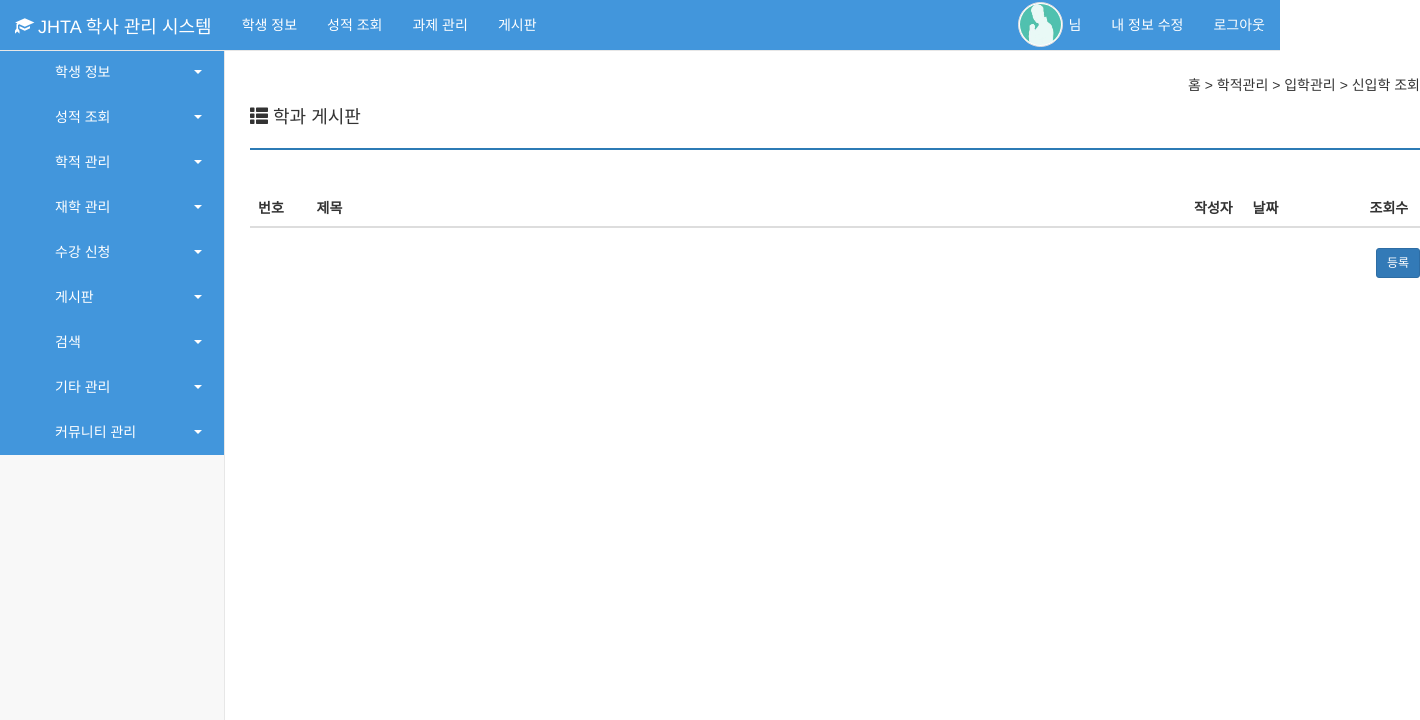
Repository: 92Hjun/spring
Page: http://localhost/spring-final/WEB-INF/views/stuboard/studeptboard.jsp
These files come from the project's save history. The page is drawn as it stood at one moment and after the next save; the edit follows.
The browser window is 1280 px wide. The page is 1420 px wide, so the pictures cover 1420 px, including what lies to the right of the window. The pictures show the whole page.
Some web libraries are served in a nearby version. The page is served by Tomcat 9. Nobody is signed in. Other server files are loaded and not shown. The template is opened directly, without the code that normally fills it, so the values that code supplies are empty.

Above is the page before, as saved 2017-04-24 07:32:04.

### spring-final/src/main/webapp/WEB-INF/views/stuboard/studeptboard.jsp
<%@ page language="java" contentType="text/html; charset=UTF-8"
    pageEncoding="UTF-8"%>
<%@taglib prefix="c" uri="http://java.sun.com/jsp/jstl/core"%>
<%@taglib prefix="fmt" uri="http://java.sun.com/jsp/jstl/fmt" %>
<!DOCTYPE html>
<html lang="ko">
<head>
<meta charset="UTF-8">
<meta name="viewport" content="width=device-width, initial-scale=1">
<link rel="stylesheet" href="https://maxcdn.bootstrapcdn.com/bootstrap/3.3.7/css/bootstrap.min.css">
<script src="https://ajax.googleapis.com/ajax/libs/jquery/3.1.1/jquery.min.js"></script>
<script src="https://maxcdn.bootstrapcdn.com/bootstrap/3.3.7/js/bootstrap.min.js"></script>
<title></title>
</head>
<body>
<%@ include file="/WEB-INF/views/navi/stunavi.jsp" %>
<%@ include file="/WEB-INF/views/navi/sidebarstud.jsp" %>
	<div class="container" style="margin-left: 250px; padding-top:25px;">
		<div class="row text-right">
			홈 > 학적관리 > 입학관리 > 신입학 조회
		</div>
		<div class="row">
			<h4><span class="glyphicon glyphicon-th-list"></span> 학과 게시판</h4>
			<hr style="border:solid 0.5px #2C7BB5;">
		</div>
		<div style="margin-top: 20px;"></div>
		<div class="row">
			<table class="table">
			<colgroup>
				<col width="5%">
				<col width="*%">
				<col width="5%">
				<col width="10%">
				<col width="5%">
			</colgroup>
				<thead>
					<tr>
						<th>번호</th>
						<th>제목</th>
						<th>작성자</th>
						<th>날짜</th>
						<th>조회수</th>
					</tr>
				</thead>
				<tbody>
					<c:forEach var="board" items="${boardList }">
					<tr>
						<td>${board.no }</td>
						<td><a href="deptboarddetail?bno=${board.no }">${board.title }</a></td>
						<td>${board.writer }</td>
						<td> <fmt:formatDate value="${board.regdate }"/> </td>
						<td>${board.countView }</td>
					</tr>
					</c:forEach>
				</tbody>
			</table>
			<div class="text-right">
				<a href="adddeptboard" class="btn btn-primary btn-sm">등록</a>
			</div>
		</div>
	</div>
<%@ include file="/WEB-INF/views/footer/footer.jsp" %>
</body>
</html>

### spring-final/src/main/webapp/WEB-INF/views/navi/stunavi.jsp
<%@ page language="java" contentType="text/html; charset=UTF-8" pageEncoding="UTF-8"%>
<link rel="stylesheet" href="https://maxcdn.bootstrapcdn.com/bootstrap/3.3.7/css/bootstrap.min.css">
<script src="https://maxcdn.bootstrapcdn.com/bootstrap/3.3.7/js/bootstrap.min.js"></script>
 <style type="text/css">

@import url('//maxcdn.bootstrapcdn.com/font-awesome/4.4.0/css/font-awesome.min.css');

.navbar-default .navbar-nav #user-profile {
    height: 50px;
    padding-top: 15px;
    padding-left: 58px;
}

.navbar-default .navbar-nav #user-profile img {
    height: 45px;
    width: 45px;
    position: absolute;
    top: 2px;
    left: 8px;
    padding: 1px;
}

#wrapper {
    padding-top: 50px;
    padding-left: 0;
    -webkit-transition: all .5s ease;
    -moz-transition: all .5s ease;
    -o-transition: all .5s ease;
    transition: all .5s ease;
}

@media (min-width: 992px) {
    #wrapper {
        padding-left: 225px;
    }
}

@media (min-width: 992px) {
    #wrapper #sidebar-wrapper {
        width: 225px;
    }
}

#sidebar-wrapper {
    border-right: 1px solid #e7e7e7;
}

#sidebar-wrapper {
    z-index: 1000;
    position: fixed;
    left: 225px;
    width: 0;
    height: 100%;
    margin-left: -225px;
    overflow-y: auto;
    background: #f8f8f8;
    -webkit-transition: all .5s ease;
    -moz-transition: all .5s ease;
    -o-transition: all .5s ease;
    transition: all .5s ease;
}

#sidebar-wrapper .sidebar-nav {
    position: absolute;
    top: 0;
    width: 225px;
    font-size: 14px;
    margin: 0;
    padding: 0;
    list-style: none;
}

#sidebar-wrapper .sidebar-nav li {
    text-indent: 0;
    line-height: 45px;
}

#sidebar-wrapper .sidebar-nav li a {
    display: block;
    text-decoration: none;
    color: #fff;
}

#sidebar-wrapper .sidebar-nav li a .sidebar-icon {
    width: 45px;
    height: 45px;
    font-size: 14px;
    padding: 0 2px;
    display: inline-block;
    text-indent: 7px;
    margin-right: 10px;
    color: #000;
    float: left;
}

#sidebar-wrapper .sidebar-nav li a .caret {
  position: absolute;
  right: 23px;
  top: auto;
  margin-top: 20px;
}

#sidebar-wrapper .sidebar-nav li ul.panel-collapse {
    list-style: none;
    -moz-padding-start: 0;
    -webkit-padding-start: 0;
    -khtml-padding-start: 0;
    -o-padding-start: 0;
    padding-start: 0;
    padding: 0;
}

#sidebar-wrapper .sidebar-nav li ul.panel-collapse li i {
    margin-right: 10px;
}

#sidebar-wrapper .sidebar-nav li ul.panel-collapse li {
    text-indent: 15px;
}

@media (max-width: 992px) {
    #wrapper #sidebar-wrapper {
        width: 45px;
    }
    #wrapper #sidebar-wrapper #sidebar #sidemenu li ul {
        position: fixed;
        left: 45px;
        margin-top: -45px;
        z-index: 1000;
        width: 200px;
        height: 0;
    }
}

.sidebar-nav li a {
    color: #fff !important;
}
.sidebar-nav li ul li a {
	background-color: #fff !important;
	color: #0077e5 !important;
}
</style>
    <div id="navbar-wrapper">
        <header>
            <nav class="navbar navbar-default navbar-fixed-top" role="navigation" style="background-color: #4296dc;">
                <div class="container-fluid">
                    <div class="navbar-header">
                        <button type="button" class="navbar-toggle" data-toggle="collapse" data-target="#navbar-collapse">
                            <span class="sr-only">Toggle navigation</span>
                            <span class="icon-bar"></span>
                            <span class="icon-bar"></span>
                            <span class="icon-bar"></span>
                        </button>
                        <a class="navbar-brand" href="home" style="color: white;"><span class="glyphicon glyphicon-education"></span> JHTA 학사 관리 시스템</a>
                            <ul class="nav navbar-nav">
						      <li><a href="stuInfo" style="color: white;">학생 정보</a></li>
						      <li><a href="lookupScore" style="color: white;">성적 조회</a></li>
						      <li><a href="stuReport" style="color: white;">과제 관리</a></li>
						      <li><a href="studeptboard" style="color: white;">게시판</a></li>
    						</ul>
                    </div>

                    <div id="navbar-collapse" class="collapse navbar-collapse">
                        <ul class="nav navbar-nav navbar-right">
                        	<li><a id="user-profile" href="stuInfo"style="color: white;"><img src="../resources/images/map/defaultPersonSircle.jpg" class="img-responsive img-thumbnail img-circle"> ${LOGIN_USER.name }님</a></li>
                            <li><a href="stuInfo" style="color: white;">내 정보 수정</a></li>
                            <li><a href="/jhta/logout" style="color: white;">로그아웃</a></li>
                        </ul>
                    </div>
                </div>
            </nav>
        </header>
    </div>

### spring-final/src/main/webapp/WEB-INF/views/navi/sidebarstud.jsp
<%@ page language="java" contentType="text/html; charset=UTF-8"
    pageEncoding="UTF-8"%>
<script type="text/javascript">
</script>
	<div id="wrapper">
        <div id="sidebar-wrapper">
            <aside id="sidebar">
                <ul id="sidemenu" class="sidebar-nav" style="background-color: #4296dc;">
                    <li>
                        <a class="accordion-toggle collapsed toggle-switch" data-toggle="collapse" data-target="#submenu-2">
                            <span class="sidebar-icon"></span><span class="sidebar-title">학생 정보</span>
                            <b class="caret"></b>
                        </a>
                        <ul id="submenu-2" class="panel-collapse collapse panel-switch" role="menu">
                            <li><a href="stuInfo"><i class="fa fa-caret-right"></i>정보 조회</a></li>
                            <li><a href="stuPwdCheck"><i class="fa fa-caret-right"></i>비밀번호 변경</a></li>
                        </ul>
                    </li>
                    <li>
                        <a class="accordion-toggle collapsed toggle-switch" data-toggle="collapse" href="#submenu-3">
                            <span class="sidebar-icon"></span><span class="sidebar-title">성적 조회</span>
                            <b class="caret"></b>
                        </a>
                        <ul id="submenu-3" class="panel-collapse collapse panel-switch" role="menu">
                            <li><a href="lookupScore"><i class="fa fa-caret-right"></i>현학기 성적 조회</a></li>
                            <li><a href="lookupAllScore"><i class="fa fa-caret-right"></i>전체학기 성적 조회</a></li>
                        </ul>
                    </li>
                    <li>
                        <a class="accordion-toggle collapsed toggle-switch" data-toggle="collapse" href="#submenu-4">
                            <span class="sidebar-icon"></span><span class="sidebar-title">학적 관리</span>
                            <b class="caret"></b>
                        </a>
                        <ul id="submenu-4" class="panel-collapse collapse panel-switch" role="menu">
                            <li><a href="leave"><i class="fa fa-caret-right"></i>휴학 신청</a></li>
                            <li><a href="reinstate"><i class="fa fa-caret-right"></i>복학 신청</a></li>
                            <li><a href="dropoff"><i class="fa fa-caret-right"></i>자퇴 신청</a></li>
                        </ul>
                    </li>
                    <li>
                        <a class="accordion-toggle collapsed toggle-switch" data-toggle="collapse" href="#submenu-5">
                            <span class="sidebar-icon"></span><span class="sidebar-title">재학 관리</span>                            <b class="caret"></b>
                        </a>
                        <ul id="submenu-5" class="panel-collapse collapse panel-switch" role="menu">
                            <li><a href="stuReport"><i class="fa fa-caret-right"></i>과제 관리</a></li>
                            <li><a href="stuAttendance"><i class="fa fa-caret-right"></i>출결 관리</a></li>
                            <li><a href="studenttime"><i class="fa fa-caret-right"></i>시간표</a></li>
                        </ul>
                    </li>
                    <li>
                        <a class="accordion-toggle collapsed toggle-switch" data-toggle="collapse" href="#submenu-6">
                            <span class="sidebar-icon"></span><span class="sidebar-title">수강 신청</span>
                            <b class="caret"></b>
                        </a>
                        <ul id="submenu-6" class="panel-collapse collapse panel-switch" role="menu">
                            <li><a href="enrollMain"><i class="fa fa-caret-right"></i>수강 신청</a></li>
                            <li><a href="nowEnrollList"><i class="fa fa-caret-right"></i>수강 목록</a></li>
                        </ul>
                    </li>
                    <li>
                        <a class="accordion-toggle collapsed toggle-switch" data-toggle="collapse" href="#submenu-7">
                            <span class="sidebar-icon"></span><span class="sidebar-title">게시판</span>
                            <b class="caret"></b>
                        </a>
                        <ul id="submenu-7" class="panel-collapse collapse panel-switch" role="menu">
                            <li><a href="studeptboard"><i class="fa fa-caret-right"></i>학과 게시판</a></li>
                            <li><a href="stufreeboard"><i class="fa fa-caret-right"></i>자유 게시판</a></li>
                            <li><a href="stuqnaboard"><i class="fa fa-caret-right"></i>Q&amp;A 게시판</a></li>
                        </ul>
                    </li>
                    <li>
                        <a class="accordion-toggle collapsed toggle-switch" data-toggle="collapse" href="#submenu-8">
                            <span class="sidebar-icon"></span><span class="sidebar-title">검색</span>
                            <b class="caret"></b>
                        </a>
                        <ul id="submenu-8" class="panel-collapse collapse panel-switch" role="menu">
                            <li><a href="#"><i class="fa fa-caret-right"></i>논문 검색</a></li>
                            <li><a href="#"><i class="fa fa-caret-right"></i>도서 검색</a></li>
                        </ul>
                    </li>
                    <li>
                        <a class="accordion-toggle collapsed toggle-switch" data-toggle="collapse" href="#submenu-8">
                            <span class="sidebar-icon"></span><span class="sidebar-title">기타 관리</span>
                            <b class="caret"></b>
                        </a>
                        <ul id="submenu-8" class="panel-collapse collapse panel-switch" role="menu">
                            <li><a href="#"><i class="fa fa-caret-right"></i>기타1</a></li>
                            <li><a href="#"><i class="fa fa-caret-right"></i>기타2</a></li>
                        </ul>
                    </li>
                    <li>
					     <a class="accordion-toggle collapsed toggle-switch" data-toggle="collapse" href="#submenu-9">
					         <span class="sidebar-icon"></span><span class="sidebar-title">커뮤니티 관리</span>
					         <b class="caret"></b>
					     </a>
					     <ul id="submenu-9" class="panel-collapse collapse panel-switch" role="menu">
					         <li><a href="sturecmessagebox"><i class="fa fa-caret-right"></i>쪽지 관리</a></li>
					     </ul>
					 </li>
                </ul>
            </aside>
        </div>
    </div>

### spring-final/src/main/webapp/WEB-INF/views/footer/footer.jsp

		</div>
        <!-- /#page-wrapper -->
    </div>
    <!-- /#wrapper -->
</body>
</html>

After the next save:
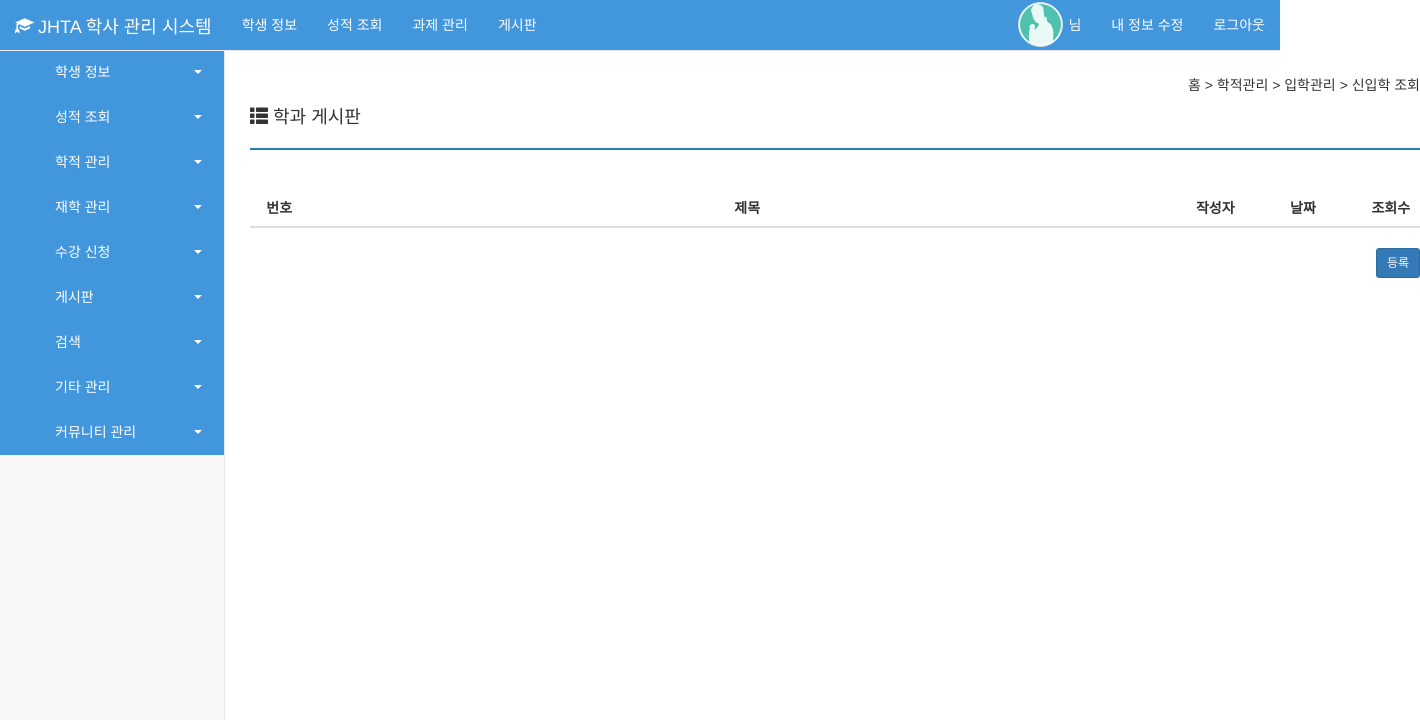
Saved 37 s later.
--- a/spring-final/src/main/webapp/WEB-INF/views/stuboard/studeptboard.jsp
+++ b/spring-final/src/main/webapp/WEB-INF/views/stuboard/studeptboard.jsp
@@ -11,6 +11,16 @@
 <script src="https://ajax.googleapis.com/ajax/libs/jquery/3.1.1/jquery.min.js"></script>
 <script src="https://maxcdn.bootstrapcdn.com/bootstrap/3.3.7/js/bootstrap.min.js"></script>
 <title></title>
+<style type="text/css">
+   th {
+   	  text-align: center !important;
+      vertical-align: middle !important;
+      }
+   td{
+   	  text-align: center !important;
+      vertical-align: middle !important;
+   }
+</style>
 </head>
 <body>
 <%@ include file="/WEB-INF/views/navi/stunavi.jsp" %>
